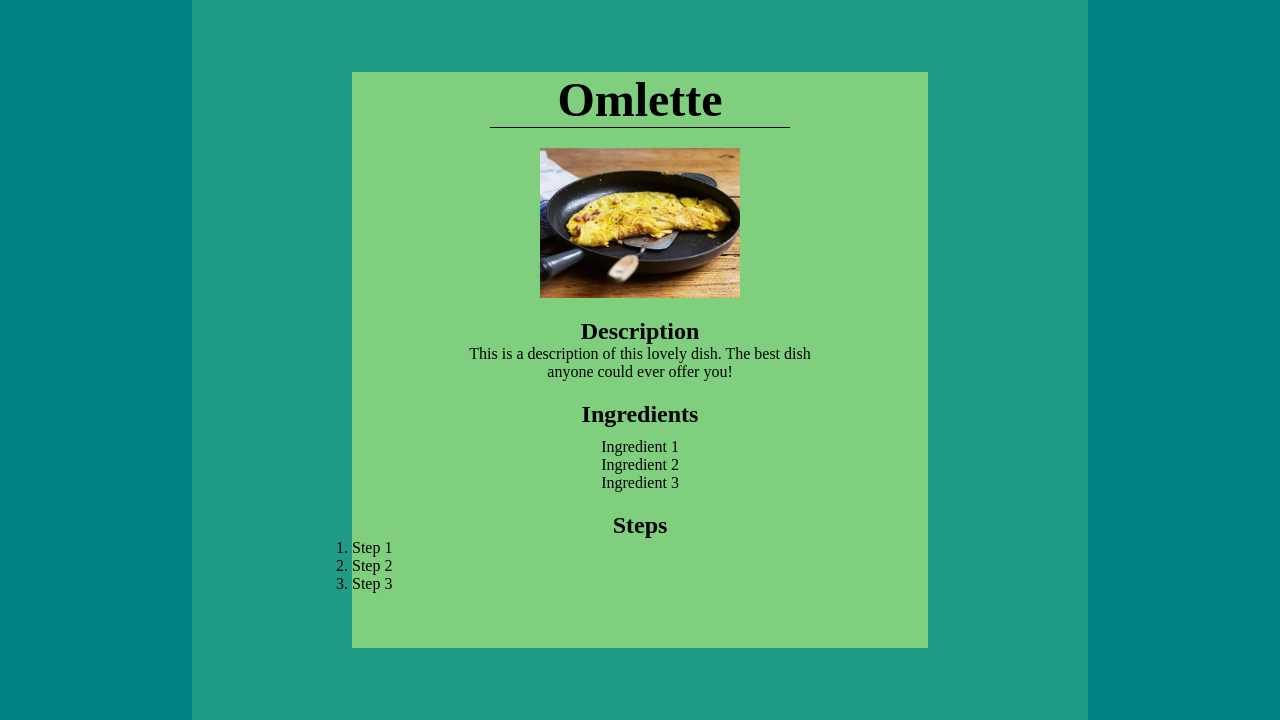
Repository: Pafestivo/odin-recipes
Page: recipes/omlette.html
An editor plug-in stored every save of this project. The page is shown before and after a run of saves, followed by the edit.
The browser window is 1280 px wide. The pictures show the whole page.

Above is the page before, as saved 2022-09-24 12:58:25.

### recipes/omlette.html
<!DOCTYPE html>
<html lang="en">
<head>
    <meta charset="UTF-8">
    <meta name="viewport" content="width=device-width, initial-scale=1.0">
    <link rel="stylesheet" href="../css/recipe-styles.css">
    <title>Recipe-Omlette</title>
</head>
<body>
    <div class="container">
        <div class="inner">
            <h1>Omlette</h1>
            <img
            src="../images/omlette.jpg"
            alt="An image of Omlette"
            />
            <h2>Description</h2>
            <p>This is a description of this lovely dish. The best dish anyone could ever offer you!</p>

            <h2>Ingredients</h2>
            <ul>
            <li>Ingredient 1</li>
            <li>Ingredient 2</li>
            <li>Ingredient 3</li>
            </ul>

            <h2>Steps</h2>
            <ol>
            <li>Step 1</li>
            <li>Step 2</li>
            <li>Step 3</li>
            </ol>
        </div> <!-- /inner -->
    </div> <!-- /container -->

</body>
</html>

### css/recipe-styles.css
* {
  box-sizing: border-box;
  padding: 0;
  margin: 0;
}

body {
  font-family: serif;
  background-color: #008080;
  padding: 1;
}

.container {
  background-color: #209B87;
  display: flex;
  width: 70vw;
  height: 100vh;
  padding: 1px;
  margin: 0 auto;
}

.inner {
  background-color: #80CF7F;
  width: 45vw;
  height: 80vh;
  margin: auto;
}

h1 {
  text-align: center;
  font-size: 3rem;
  margin: 0 auto 20px auto;
  border-bottom: 1px solid black;
  width: 300px;
}

img {
  display: block;
  margin: 0 auto;
  width: 200px;
  height: 150px;
}

h2 {
  text-align: center;
  font-size: 1.5rem;
  margin: 20px auto 0 auto;
}

p {
  text-align: center;
  width: 350px;
  margin: 0 auto;
}

ul {
  list-style: none;
  text-align: center;
  margin: 10px;
}

After the next 2 saves:
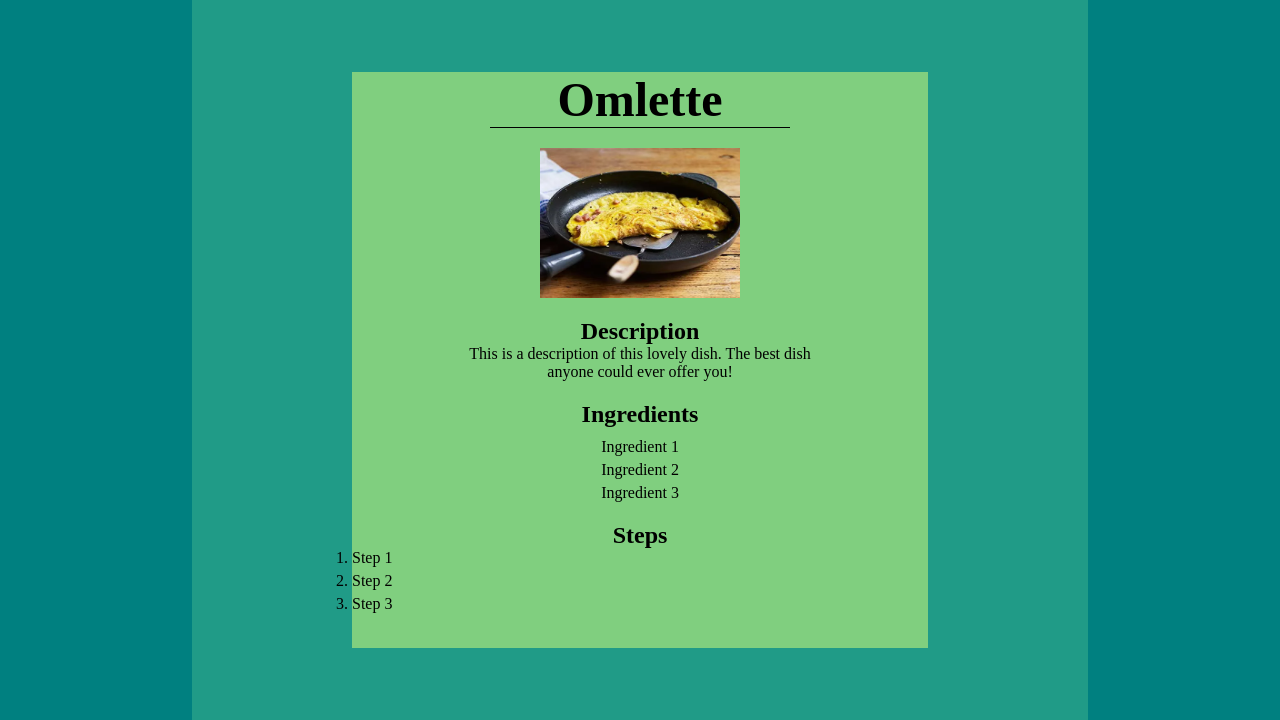
The 2 saves are shown as one change because they came seconds apart.
The last was saved 37 s later.
--- a/css/recipe-styles.css
+++ b/css/recipe-styles.css
@@ -58,3 +58,7 @@ ul {
   text-align: center;
   margin: 10px;
 }
+
+li {
+  margin-bottom: 5px;
+}
